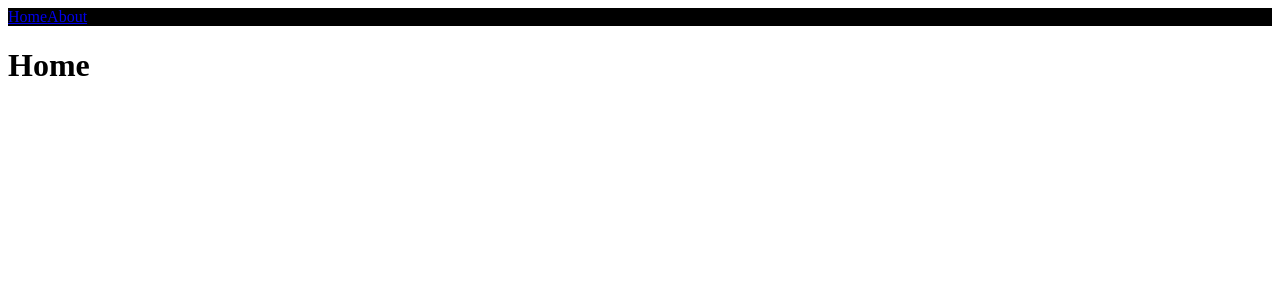
Repository: pjk0007/next-intro-movies
Page: /
An editor plug-in stored every save of this project. The page is shown before and after the next save, followed by the edit.
The browser window is 1280 px wide. The pictures show the whole page.
The project was rebuilt for these pictures with package versions that can differ from the ones it lists, and the page was loaded fresh each time. Some packages were replaced by stand-ins written for this rebuild. The framework's server and built-in components were replaced by stand-ins that run in the browser. Also part of the build but not shown: next.config.js.

Above is the page before, as saved 2022-03-11 19:46:23.

### pages/index.tsx
import NavBar from "../components/NavBar";

export default function Home() {
  return (
    <div>
      <NavBar />
      <h1>Home</h1>
    </div>
  );
}

### components/NavBar.tsx
import Link from "next/link";
import { useRouter } from "next/router";

export default function NavBar() {
  const router = useRouter();
  console.log(router);

  return (
    <nav>
      <Link href="/">
        <a>Home</a>
      </Link>
      <Link href="/about">
        <a>About</a>
      </Link>
      <style jsx>{`
        nav {
          background-color: black;
        }
      `}</style>
    </nav>
  );
}

After the next save:
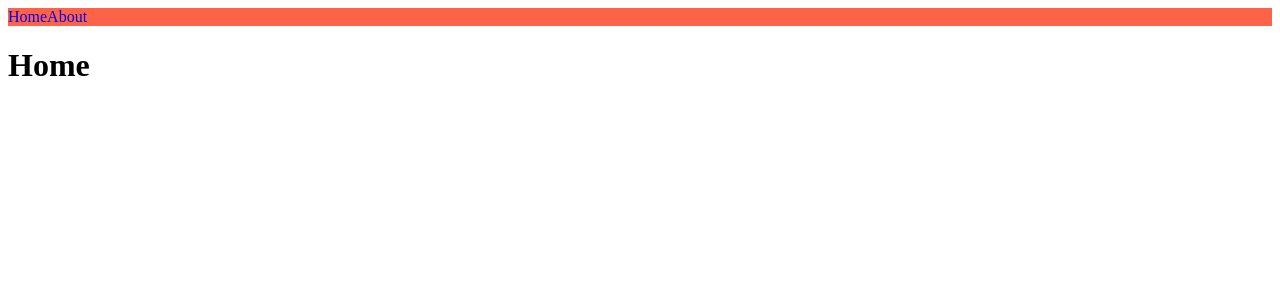
Saved 13 s later.
--- a/components/NavBar.tsx
+++ b/components/NavBar.tsx
@@ -15,7 +15,10 @@ export default function NavBar() {
       </Link>
       <style jsx>{`
         nav {
-          background-color: black;
+          background-color: tomato;
+        }
+        a {
+          text-decoration: none;
         }
       `}</style>
     </nav>
